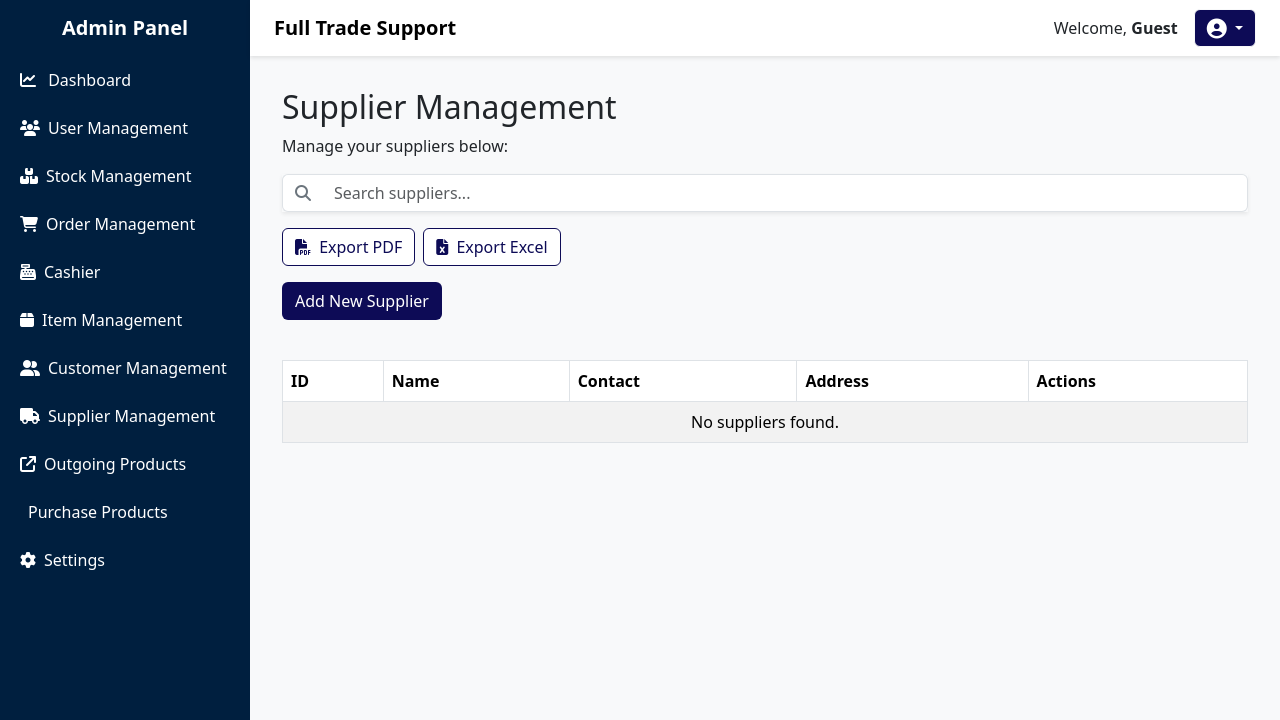
Repository: LakviduUpasara/onlineSparePartsManagementSystem
Page: http://localhost/Spare_parts_Management_Systems/supplier-list
These files come from the project's save history. The page is drawn as it stood at one moment and after the next save; the edit follows.
The browser window is 1280 px wide. The pictures show the whole page.
The page is served by Tomcat 9. Other server files are loaded and not shown. Queries for data that is not in the repository find no rows.

Above is the page before, as saved 2025-05-14 22:59:21.

### Project/Project/Spare_parts_Management_Systems/src/main/webapp/Maneger/maneger_dashbord.jsp
<%@ page language="java" contentType="text/html; charset=UTF-8" pageEncoding="UTF-8"%>
<%@ page import="java.util.*, com.spareparts.model.Supplier" %>


<!DOCTYPE html>
<html lang="en">
<head>
  <meta charset="UTF-8">
  <title>Full Trade Support Dashboard</title>
  <link href="https://cdn.jsdelivr.net/npm/bootstrap@5.3.2/dist/css/bootstrap.min.css" rel="stylesheet">
  <link href="https://cdnjs.cloudflare.com/ajax/libs/font-awesome/6.5.0/css/all.min.css" rel="stylesheet">
  <style>
    body {
      display: flex;
      min-height: 100vh;
      overflow-x: hidden;
    }
    .sidebar {
      width: 250px;
      background-color: #001f3f;
      color: #fff;
      flex-shrink: 0;
      padding-top: 1rem;
    }
    .sidebar a {
      display: block;
      padding: 12px 20px;
      color: #fff;
      text-decoration: none;
      transition: background 0.3s;
    }
    .sidebar a:hover {
      background-color: #003366;
    }
    .sidebar h5 {
      text-align: center;
      margin-bottom: 1rem;
      font-weight: bold;
    }
    .main-content {
      flex-grow: 1;
      background: #f8f9fa;
    }
    .navbar {
      background-color: #ffffff;
      box-shadow: 0 2px 4px rgba(0,0,0,0.1);
    }
    .dashboard-content {
      padding: 2rem;
    }
    .custom-header {
      background-color: #0d0b56; /* Match navigation blue */
      color: white;
    }
    .btn {
      background-color: #0d0b56;
      color: white;
    }
    .btn:hover {
      background-color: #003366;
    }
    .export-btn {
      background-color: #ffffff;
      color: #0d0b56;
      border: 1px solid #0d0b56;
    }
    .export-btn:hover {
      background-color: #0d0b56;
      color: #ffffff;
    }
  </style>
</head>
<body>

  <!-- Sidebar -->
  <div class="sidebar">
    <h5>Admin Panel</h5>
    <a href="dashboard.jsp"><i class="fas fa-chart-line me-2"></i> Dashboard</a>
    <a href="GetAllServlet"><i class="fas fa-users me-2"></i>User Management</a>
    <a href="#"><i class="fas fa-boxes me-2"></i>Stock Management</a>
    <a href="#"><i class="fas fa-shopping-cart me-2"></i>Order Management</a>
    <a href="#"><i class="fas fa-cash-register me-2"></i>Cashier</a>
    <a href="#"><i class="fas fa-box me-2"></i>Item Management</a>
    <a href="#"><i class="fas fa-user-friends me-2"></i>Customer Management</a>
    <a href="supplier-list"><i class="fas fa-truck me-2"></i>Supplier Management</a>
    <a href="#"><i class="fas fa-arrow-up-right-from-square me-2"></i>Outgoing Products</a>
    <a href="#"><i class="fas fa-arrow-down-to-line me-2"></i>Purchase Products</a>
    <a href="#" data-bs-toggle="collapse" data-bs-target="#settingsMenu"><i class="fas fa-gear me-2"></i>Settings</a>
    <div class="collapse ms-3" id="settingsMenu">
      <a href="${pageContext.request.contextPath}/profile.jsp" class="d-block mt-1"><i class="fas fa-id-badge me-2"></i>Profile Settings</a>
      <a href="${pageContext.request.contextPath}/profile.jsp" class="d-block mt-1"><i class="fas fa-lock me-2"></i>Change Password</a>
      <a href="#" class="d-block mt-1"><i class="fas fa-sliders-h me-2"></i>System Preferences</a>
    </div>
  </div>

  <!-- Main Content -->
  <div class="main-content w-100">
    <nav class="navbar navbar-expand-lg navbar-light px-4">
      <a class="navbar-brand fw-bold" href="#">Full Trade Support</a>
      <div class="ms-auto d-flex align-items-center">
        <span class="me-3">
          Welcome, <strong><%= session.getAttribute("userName") != null ? session.getAttribute("userName") : "Guest" %></strong>
        </span>
        <div class="dropdown">
          <a class="btn btn-light dropdown-toggle" href="#" role="button" data-bs-toggle="dropdown">
            <i class="fas fa-user-circle fa-lg"></i>
          </a>
          <ul class="dropdown-menu dropdown-menu-end">
            <li><a class="dropdown-item" href="${pageContext.request.contextPath}/profile.jsp"><i class="fas fa-id-badge me-2"></i>Profile</a></li>
            <li><a class="dropdown-item" href="#"><i class="fas fa-cogs me-2"></i>Settings</a></li>
            <li><hr class="dropdown-divider"></li>
            <li><a class="dropdown-item text-danger" href="${pageContext.request.contextPath}/LogoutServlet"><i class="fas fa-sign-out-alt me-2"></i>Logout</a></li>
          </ul>
        </div>
      </div>
    </nav>

    <!-- Supplier Management Section -->
    <div class="dashboard-content">
      <h2>Supplier Management</h2>
      <p>Manage your suppliers below:</p>

      <!-- Search Bar -->
      <div class="mb-3 w-100">
        <div class="input-group shadow-sm">
          <span class="input-group-text bg-white border-end-0">
            <i class="fas fa-search text-secondary"></i>
          </span>
          <input type="text" id="searchInput" class="form-control border-start-0" placeholder="Search suppliers...">
        </div>
      </div>

      <!-- Export Buttons -->
      <div class="mb-3 d-flex gap-2">
        <button onclick="exportTableToPDF()" class="btn export-btn">
          <i class="fas fa-file-pdf me-1"></i> Export PDF
        </button>
        <button onclick="exportTableToExcel()" class="btn export-btn">
          <i class="fas fa-file-excel me-1"></i> Export Excel
        </button>
      </div>

      <!-- Add Button -->
      <button class="btn" data-bs-toggle="modal" data-bs-target="#addSupplierModal" style="background-color: #0d0b56; color: white; margin-bottom: 1rem;">
        Add New Supplier
      </button>

      <!-- Supplier Table -->
      <div class="table-container mt-4">
        <table class="table table-bordered table-striped" id="supplier-table">
          <thead class="custom-header">
            <tr>
              <th>ID</th>
              <th>Name</th>
              <th>Contact</th>
              <th>Address</th>
              <th>Actions</th>
            </tr>
          </thead>
          <tbody>
            <%
              List<Supplier> supplierList = (List<Supplier>) request.getAttribute("supplierList");
              if (supplierList != null && !supplierList.isEmpty()) {
                for (Supplier s : supplierList) {
            %>
            <tr>
              <td><%= s.getSupplierID() %></td>
              <td><%= s.getSupplierName() %></td>
              <td><%= s.getContactNumber() %></td>
              <td><%= s.getAddress() %></td>
              <td>
                <div class="d-flex gap-2">
                  <a href="supplier-update?id=<%= s.getSupplierID() %>" class="btn btn-sm btn-outline-primary">
                      <i class="fas fa-edit"></i>
                  </a>
                  <a href="supplier-delete?id=<%= s.getSupplierID() %>" class="btn btn-sm btn-outline-danger" onclick="return confirm('Are you sure?')">
                      <i class="fas fa-trash-alt"></i>
                  </a>
                </div>
              </td>
            </tr>
            <% } } else { %>
            <tr>
              <td colspan="5" class="text-center">No suppliers found.</td>
            </tr>
            <% } %>
          </tbody>
        </table>
      </div>
    </div>

    <!-- Add Supplier Modal -->
    <div class="modal fade" id="addSupplierModal" tabindex="-1" aria-labelledby="addSupplierModalLabel" aria-hidden="true">
      <div class="modal-dialog">
        <form action="${pageContext.request.contextPath}/supplier-add" method="post" class="modal-content">
          <div class="modal-header">
            <h5 class="modal-title">Add New Supplier</h5>
            <button type="button" class="btn-close" data-bs-dismiss="modal"></button>
          </div>
          <div class="modal-body">
            <div class="mb-3">
              <label for="supplierName" class="form-label">Supplier Name</label>
              <input type="text" class="form-control" id="supplierName" name="supplierName" required>
            </div>
            <div class="mb-3">
              <label for="contactNumber" class="form-label">Contact Number</label>
              <input type="text" class="form-control" id="contactNumber" name="contactNumber" required>
            </div>
            <div class="mb-3">
              <label for="address" class="form-label">Address</label>
              <textarea class="form-control" id="address" name="address" required></textarea>
            </div>
          </div>
          <div class="modal-footer">
            <button type="submit" class="btn btn-primary">Add Supplier</button>
            <button type="button" class="btn btn-secondary" data-bs-dismiss="modal">Cancel</button>
          </div>
        </form>
      </div>
    </div>

    <!-- JS Scripts -->
    <script src="https://cdn.jsdelivr.net/npm/bootstrap@5.3.2/dist/js/bootstrap.bundle.min.js"></script>
    <script>
      function filterTable() {
        const input = document.getElementById("searchInput");
        const filter = input.value.toUpperCase();
        const table = document.querySelector("#supplier-table");
        const rows = table.getElementsByTagName("tr");

        for (let i = 1; i < rows.length; i++) {
          let rowVisible = false;
          const cells = rows[i].getElementsByTagName("td");

          for (let j = 0; j < cells.length - 1; j++) {
            if (cells[j]) {
              const text = cells[j].textContent || cells[j].innerText;
              if (text.toUpperCase().indexOf(filter) > -1) {
                rowVisible = true;
                break;
              }
            }
          }
          rows[i].style.display = rowVisible ? "" : "none";
        }
      }

      document.getElementById("searchInput").addEventListener("input", filterTable);

      async function exportTableToPDF() {
        const { jsPDF } = window.jspdf;
        const doc = new jsPDF();

        const table = document.getElementById('supplier-table');
        const headers = [];
        const data = [];

        const headerCells = table.querySelectorAll('thead tr th');
        headerCells.forEach((th, index) => {
          if (index < headerCells.length - 1) {
            headers.push(th.innerText.trim());
          }
        });

        const rows = table.querySelectorAll('tbody tr');
        rows.forEach(row => {
          const rowData = [];
          const cells = row.querySelectorAll('td');
          cells.forEach((td, index) => {
            if (index < cells.length - 1) {
              rowData.push(td.innerText.trim());
            }
          });
          if (rowData.length > 0) {
            data.push(rowData);
          }
        });

        doc.autoTable({
          head: [headers],
          body: data,
          theme: 'grid',
          headStyles: { fillColor: [13, 11, 86] },
          styles: { fontSize: 9 }
        });

        doc.save('supplier_data.pdf');
      }

      function exportTableToExcel() {
        var table = document.getElementById('supplier-table');
        var wb = XLSX.utils.table_to_book(table, { sheet: "Suppliers" });
        XLSX.writeFile(wb, 'supplier_data.xlsx');
      }
    </script>
    <script src="https://cdnjs.cloudflare.com/ajax/libs/xlsx/0.18.5/xlsx.full.min.js"></script>
    <script src="https://cdnjs.cloudflare.com/ajax/libs/jspdf/2.5.1/jspdf.umd.min.js"></script>
    <script src="https://cdnjs.cloudflare.com/ajax/libs/jspdf-autotable/3.5.23/jspdf.plugin.autotable.min.js"></script>
</body>
</html>

### Project/Project/Spare_parts_Management_Systems/src/main/java/com/spareparts/servlet/SupplierListServlet.java
package com.spareparts.servlet;

import com.spareparts.controller.SupplierController;
import com.spareparts.model.Supplier;

import javax.servlet.RequestDispatcher;
import javax.servlet.ServletException;
import javax.servlet.annotation.WebServlet;
import javax.servlet.http.*;
import java.io.IOException;
import java.util.List;

@WebServlet("/supplier-list")
public class SupplierListServlet extends HttpServlet {

    protected void doGet(HttpServletRequest request, HttpServletResponse response)
            throws ServletException, IOException {


        List<Supplier> supplierList = SupplierController.getAllSuppliers();

        // Set it in request scope
        request.setAttribute("supplierList", supplierList);

        // Forward to JSP (manager.jsp or supplier-list.jsp)
        RequestDispatcher dispatcher = request.getRequestDispatcher("Maneger/maneger_dashbord.jsp"); // Or supplier-list.jsp
        dispatcher.forward(request, response);
    }
}

### Project/Project/Spare_parts_Management_Systems/src/main/java/com/spareparts/util/DBConnection.java
package com.spareparts.util;

import java.sql.Connection;
import java.sql.DriverManager;

public class DBConnection {
	private static String url = "jdbc:mysql://localhost:3306/Spareparts";
	private static String user = "root";
	private static String pass = "Lakvidu@2001";
	private static Connection con;

	public static Connection getConnection() {
		try {
			Class.forName("com.mysql.jdbc.Driver");
			con = DriverManager.getConnection(url, user, pass);
		}
		catch(Exception e) {
			System.out.println("Database not connect !");
		}
		return con;
	}



}

After the next save:
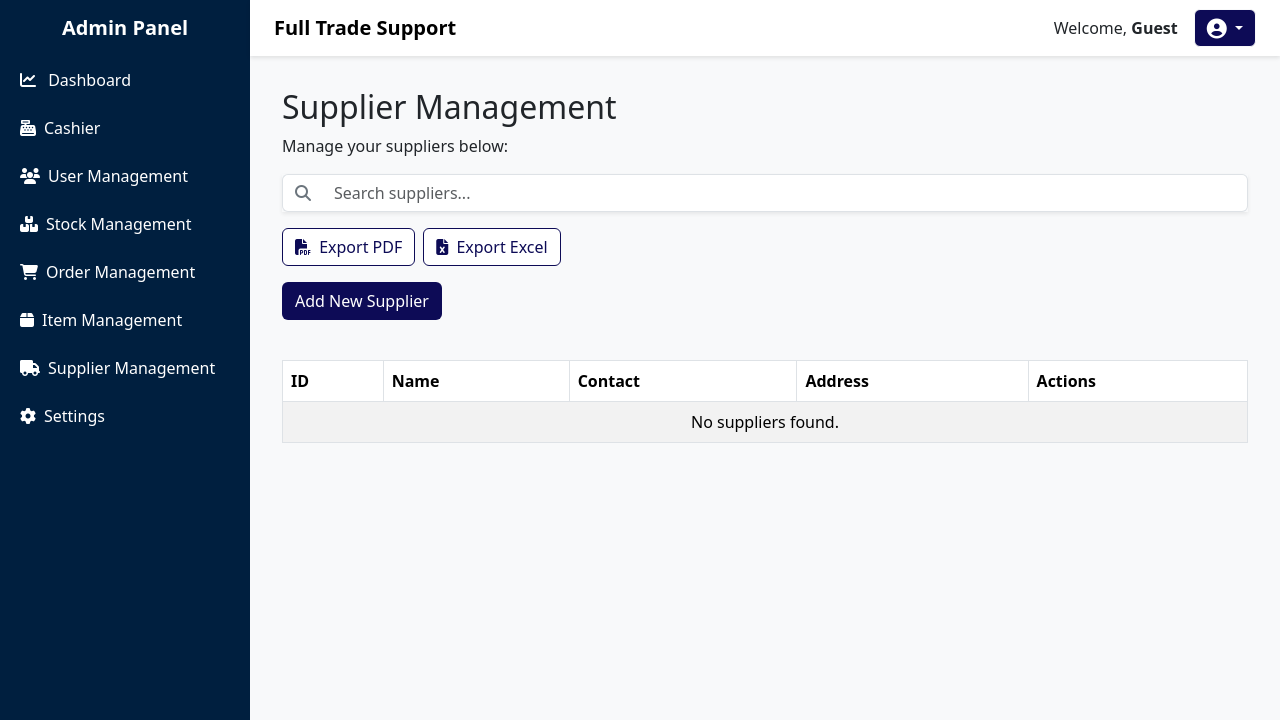
Saved 4 h 4 min later.
--- a/Project/Project/Spare_parts_Management_Systems/src/main/webapp/Maneger/maneger_dashbord.jsp
+++ b/Project/Project/Spare_parts_Management_Systems/src/main/webapp/Maneger/maneger_dashbord.jsp
@@ -75,20 +75,16 @@
   <!-- Sidebar -->
   <div class="sidebar">
     <h5>Admin Panel</h5>
-    <a href="dashboard.jsp"><i class="fas fa-chart-line me-2"></i> Dashboard</a>
-    <a href="GetAllServlet"><i class="fas fa-users me-2"></i>User Management</a>
-    <a href="#"><i class="fas fa-boxes me-2"></i>Stock Management</a>
+    <a href="${pageContext.request.contextPath}/dashboard"><i class="fas fa-chart-line me-2"></i> Dashboard</a>
+    <a href="${pageContext.request.contextPath}cashier"><i class="fas fa-cash-register me-2"></i>Cashier</a>
+    <a href="${pageContext.request.contextPath}GetAllServlet"><i class="fas fa-users me-2"></i>User Management</a>
+    <a href="${pageContext.request.contextPath}/item-list"><i class="fas fa-boxes me-2"></i>Stock Management</a>
     <a href="#"><i class="fas fa-shopping-cart me-2"></i>Order Management</a>
-    <a href="#"><i class="fas fa-cash-register me-2"></i>Cashier</a>
-    <a href="#"><i class="fas fa-box me-2"></i>Item Management</a>
-    <a href="#"><i class="fas fa-user-friends me-2"></i>Customer Management</a>
-    <a href="supplier-list"><i class="fas fa-truck me-2"></i>Supplier Management</a>
-    <a href="#"><i class="fas fa-arrow-up-right-from-square me-2"></i>Outgoing Products</a>
-    <a href="#"><i class="fas fa-arrow-down-to-line me-2"></i>Purchase Products</a>
-    <a href="#" data-bs-toggle="collapse" data-bs-target="#settingsMenu"><i class="fas fa-gear me-2"></i>Settings</a>
+    <a href=""${pageContext.request.contextPath}/item-list""><i class="fas fa-box me-2"></i>Item Management</a>
+
+    <a href="${pageContext.request.contextPath}/supplier-list"><i class="fas fa-truck me-2"></i>Supplier Management</a>
+    <a href="${pageContext.request.contextPath}/profile.jsp" data-bs-toggle="collapse" data-bs-target="#settingsMenu"><i class="fas fa-gear me-2"></i>Settings</a>
     <div class="collapse ms-3" id="settingsMenu">
-      <a href="${pageContext.request.contextPath}/profile.jsp" class="d-block mt-1"><i class="fas fa-id-badge me-2"></i>Profile Settings</a>
-      <a href="${pageContext.request.contextPath}/profile.jsp" class="d-block mt-1"><i class="fas fa-lock me-2"></i>Change Password</a>
       <a href="#" class="d-block mt-1"><i class="fas fa-sliders-h me-2"></i>System Preferences</a>
     </div>
   </div>
@@ -107,7 +103,6 @@
           </a>
           <ul class="dropdown-menu dropdown-menu-end">
             <li><a class="dropdown-item" href="${pageContext.request.contextPath}/profile.jsp"><i class="fas fa-id-badge me-2"></i>Profile</a></li>
-            <li><a class="dropdown-item" href="#"><i class="fas fa-cogs me-2"></i>Settings</a></li>
             <li><hr class="dropdown-divider"></li>
             <li><a class="dropdown-item text-danger" href="${pageContext.request.contextPath}/LogoutServlet"><i class="fas fa-sign-out-alt me-2"></i>Logout</a></li>
           </ul>
